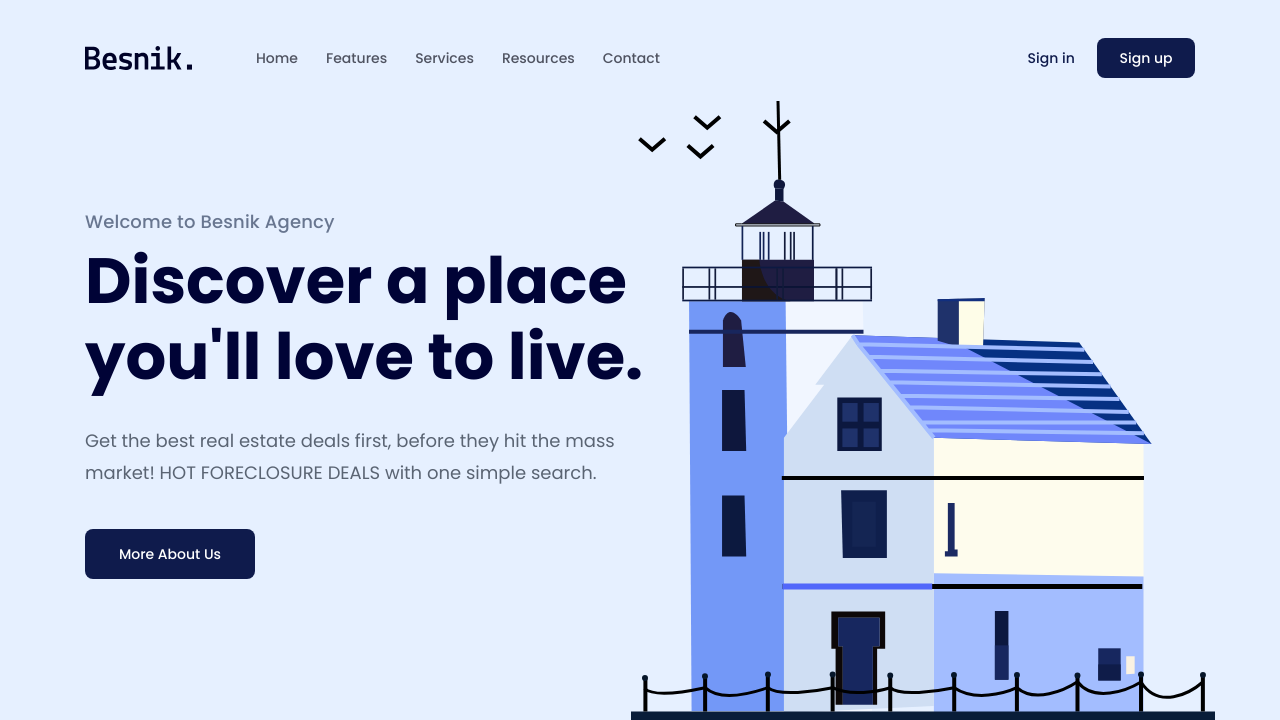
Repository: Tibi2003/f8-htmlcss-01
Page: index.html
These files come from the project's save history. The page is drawn as it stood at one moment and after the next save; the edit follows.
The browser window is 1280 px wide. The pictures show the whole page.

Above is the page before, as saved 2024-02-05 17:03:21.

After the next save:
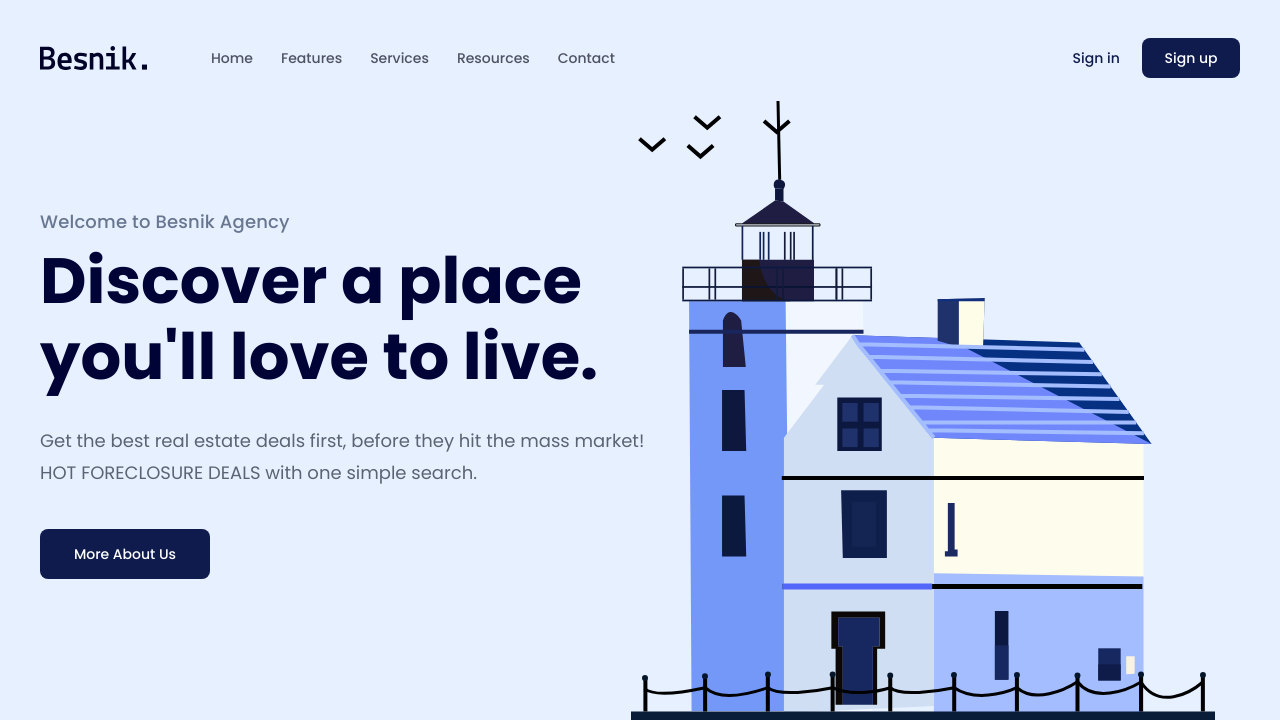
Saved 10 s later.
--- a/assets/css/styles.css
+++ b/assets/css/styles.css
@@ -37,7 +37,7 @@ a {
 }
 
 .content {
-	width: 1110px;
+	width: 1200px;
 	max-width: calc(100% - 48px);
 	margin-left: auto;
 	margin-right: auto;
